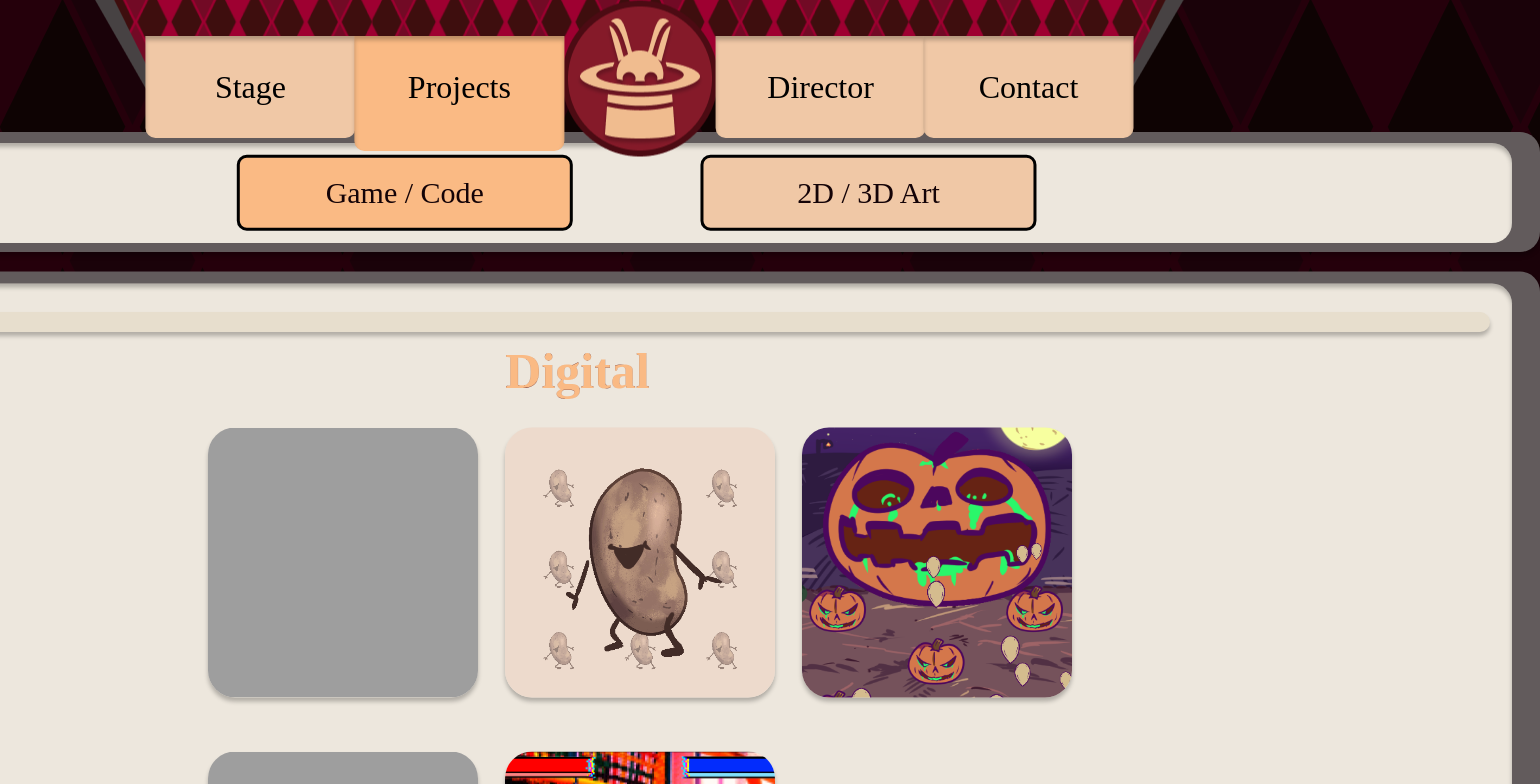
Repository: EMP-ChristinaC/Portfolio
Page: main-project-page/projects.html
These files come from the project's save history. The page is drawn as it stood at one moment and after the next save; the edit follows.
The browser window is 1280 px wide. The page is 1540 px wide, so the pictures cover 1540 px, including what lies to the right of the window. The pictures show the part of the page from y = 0 to 784 px (the page is 2161 px tall).
Pictures or frames that could not be fetched are drawn as grey boxes. Some web fonts or font styles are not loaded; a fallback is used.

Above is the page before, as saved 2024-12-18 16:55:40.

### main-project-page/projects.html
<!DOCTYPE html>
<html lang="en">

<head>
    <meta charset="UTF-8">
    <meta name="viewport" content="width=device-width, initial-scale=1.0">
    <title>CC- Project Gallery Main</title>
    <!--- ////////////////// OUTSIDE STYLES //////////////////-->


    <!--- ///////////////// GOOGLE FONTS  ////////////////////-->
    <link rel="preconnect" href="https://fonts.googleapis.com">
    <link rel="preconnect" href="https://fonts.gstatic.com" crossorigin>
    <link
        href="https://fonts.googleapis.com/css2?family=Overlock:ital,wght@0,400;0,700;0,900;1,400;1,700;1,900&family=Vast+Shadow&display=swap"
        rel="stylesheet">

    <!--- /////////////// MY STYLES ////////////////-->

    <link rel="stylesheet" href="projects-style.css">
    <link rel="stylesheet" href="../nav.css">
    <!-- <link rel="stylesheet" href="projects-style1280x1024.css"> -->
    <link rel="stylesheet" href="media-style-mac-main.css">
    <link rel="stylesheet" href="media-style-phone-main.css">

    <!--- //////////////// FAVICON LINKS ///////////////////-->
    <link rel="shortcut icon" href="../image/logo.png" type="image/x-icon">
    <link rel="icon" href="../image/logo.png" type="image/x-icon">

</head>

<body class="project">

    <!--- /////////////////////// NAVIGATION /////////////////////-->
    <header class="navigation">
        <img class="nav-background" src="../image/nav-background.png"
            alt="A decor for the nav, it holds a logo with diamond patterns in the background.">


            <a href="../index.html" class="nav-home">Stage</a>
            <a href="../about-page/about.html" class="nav-about">Director</a>
            <a href="../contact-page/contact.html" class="nav-contact">Contact</a>
            <a href="projects.html" class="nav-projects current">Projects</a>
    </header>

    <!--- /////////////////////// BOX OUTLINE ///////////////////////-->

    <div class="box-outline-outside-projects-sub-nav">
        <div class="box-outline-inside-projects-sub-nav"></div>
    </div>

    <a href="projects.html" class="main current-sub">Game / Code</a>

    <a href="../sub-project-page/projects-two.html" class="sub">2D / 3D Art</a>


    <div class="box-outline-outside-projects">
        <div class="box-outline-inside-projects"></div>
    <!-- <div class="dia-left-projects">
        <img src="../image/Dia-bottom-left.png"
            alt="A diamond pattern decor that is placed onto the bottom left of the box outline">
    </div>

    <div class="dia-right-projects">
        <img src="../image/Dia-top-right.png"
            alt="A diamond pattern decor that is placed onto the top right of the box outline">
    </div> -->
    </div>

    <div class="box-outline-heading-wel-project">
        <div class="heading-intro-project">
            <h1>Digital</h1>
        </div>
    </div>

    <!--- ////////////////////////-->

    <div class="box-outline-outside-projects-two">
        <div class="box-outline-inside-projects-two"></div>
    <!-- <div class="dia-left-projects-two">
        <img src="../image/Dia-bottom-left.png"
            alt="A diamond pattern decor that is placed onto the bottom left of the box outline">
    </div>

    <div class="dia-right-projects-two">
        <img src="../image/Dia-top-right.png"
            alt="A diamond pattern decor that is placed onto the top right of the box outline">
    </div> -->
    </div>

    <div class="box-outline-heading-wel-project-two">
        <div class="heading-intro-project-two">
            <h1>Physical</h1>
        </div>
    </div>



    <!--- ////////////////////////-->

    <div class="box-outline-outside-foot">
        <div class="box-outline-inside-foot"></div>

            <footer class="section">
                <p>© 2024 by Christina Chan. Powered and secured by Github</p>

                <a class="github" href="https://github.com/EMP-ChristinaC"> <img src="../image/Github-icon.png"
                    alt="Github icon image."></a>

            <a class="twitter" href="https://x.com/EMP_Nifl"> <img src="../image/Twitter-Icon.png"
                    alt="Twitter icon image."></a>

                    <a class="discord" href="https://discordapp.com/users/456539039286165514"> <img src="../image/discord-icon.webp"
                            alt="Discord icon image."></a>

                    <a class="linkedin" href="https://www.linkedin.com/in/christina-chan-290a29323/"> <img src="../image/Linkedin-icon.webp"
                            alt="Linkedin icon image."></a>

                            <a class="instagram" href="https://www.instagram.com/emp_christinac/"> <img
                                src="../../image/InstagramIcon.png" alt="Instagram icon image."></a>
                </div>

            </footer>
    </div>


    <!--- /////////////////////// DECOR  ///////////////////////-->

    <!-- <div class="left-curtain">
        <img src="../image/curtains-left.png" alt="A curtain decor that is placed on the left side of the website.">
    </div>

    <div class="right-curtain">
        <img src="../image/curtain-right.png" alt="A curtain decor that is placed on the right side of the website.">
    </div> -->

    <!--- /////////////////////// TEXT ///////////////////////-->


    <!--- /////////////////////// FOOTER ///////////////////////-->


    <!--- /////////////////////// IMAGES DESKTOP ///////////////////////-->

    <div class="image-container">
        <a href="../projects/cardcraft/mc.html"> <img src="../image/CardCraft-Show Case-Overview.jpg" alt="An overview image of a project called CardCraft.">
        <div class="hover-overlay">
            <div class="hover-text-overlay">CardCraft</div>
        </div>
    </div>

    <div class="image-container-two">
        <a href="../projects/potato-shuffle/potato.html"> <img src="../image/Cover.png" alt="An overview image of a project called Potato Shuffle.">
        <div class="hover-overlay">
            <div class="hover-text-overlay">Potato Shuffle</div>
        </div>
    </div>

    <div class="image-container-three">
        <a href="../projects/mystic-rain/mystic.html"> <img src="../image/MysticRain Home Screen.png" alt="An overview image of a project called MysticRain.">
        <div class="hover-overlay">
            <div class="hover-text-overlay">MysticRain</div>
        </div>
    </div>


    <div class="image-container-four">
        <a href="../projects/smash-n-dash/smash.html"> <img src="../image/Smash-N-Dash-Main-Screen.png" alt="An overview image of a project called Smash N Dash.">
        <div class="hover-overlay">
            <div class="hover-text-overlay">Smash-n-Dash</div>
        </div>
    </div>

    <div class="image-container-five">
        <a href="../projects/"> <img src="../image/Inner-Demons-Gallery.png" alt="An overview image of a project called Sniffle: The Fox Box.">
        <div class="hover-overlay">
            <div class="hover-text-overlay">Inner Demons<br> [In Progress]</div>
        </div>
    </div>

    <div class="image-container-six">
        <a href="../projects/"> <img src="../image/OnlyTwo-Gallery.png" alt="An overview image of a project called Liyue Sunset.">
        <div class="hover-overlay">
            <div class="hover-text-overlay">Only Two<br> [In Progress]</div>
        </div>
    </div>

    <div class="image-container-seven">
        <a href=""> <img src="../image/Please-Wait.png" alt="An overview image of a project called Please Wait.">
        <div class="hover-overlay">
            <div class="hover-text-overlay">Please Wait! <br> [In Progress]</div>
        </div>
    </div>


</body>

</html>

### main-project-page/projects-style.css

/*///////////////////////////////// Box Outline ////////////////////////////*/
.box-outline-outside-projects,
.box-outline-outside-projects-two {
    width: 1800px;
    height: 804px;
    background: rgba(98, 91, 92);
    box-shadow: 0px 4px 4px rgba(0, 0, 0, 0.25);
    border-radius: 20px;
}

.box-outline-outside-projects {
    position: absolute;
    top: 50%;
    left: 50%;
    transform: translate(-50%, -11%);
}

.box-outline-outside-projects-two {
    position: absolute;
    top: 50%;
    left: 50%;
    transform: translate(-50%, 95%);
}

.box-outline-outside-projects-sub-nav {
    width: 1800px;
    height: 120px;
    background: rgba(98, 91, 92);
    box-shadow: 0px 4px 4px rgba(0, 0, 0, 0.25);
    border-radius: 20px;
    position: absolute;
    top: 50%;
    left: 50%;
    transform: translate(-50%, -190%);
}


/*//////////////////////////////////////////////////////////////////////////////*/


.box-outline-inside-projects {
    width: 1745px;
    height: 780px;
    background: #EDE7DD;
    box-shadow: 0px 4px 4px rgba(0, 0, 0, 0.25) inset;
    border-radius: 20px;
    position: absolute;
    top: 1.5%;
    left: 1.5%;
    /* transform: translate(-50%, -26.3%); */
}

.box-outline-inside-projects-two {
    width: 1745px;
    height: 780px;
    background: #EDE7DD;
    box-shadow: 0px 4px 4px rgba(0, 0, 0, 0.25) inset;
    border-radius: 20px;
    position: absolute;
    top: 1.5%;
    left: 1.5%;
    /* transform: translate(-50%, -26.3%); */
}

.box-outline-inside-projects-sub-nav {
    width: 1745px;
    height: 100px;
    background: #EDE7DD;
    box-shadow: 0px 4px 4px rgba(0, 0, 0, 0.25) inset;
    border-radius: 20px;
    position: absolute;
    top: 9%;
    left: 1.5%;
    /* transform: translate(-50%, -26.3%); */
}

/*/////////////////////////////////////*/

.box-outline-heading-wel-project,
.box-outline-heading-wel-project-two {
    width: 1700px;
    height: 20px;
    background: #E7DECD;
    box-shadow: 0px 4px 4px rgba(0, 0, 0, 0.25);
    border-radius: 20px;
    z-index: 1;

}
/*/////////////////////////////////////*/

.box-outline-heading-wel-project {
    position: absolute;
    top: 45%;
    left: 50%;
    transform: translate(-50%, -60%);
}

.box-outline-heading-wel-project-two {
    position: absolute;
    top: 117%;
    left: 50%;
    transform: translate(-50%, 895%);
}


/*/////////////////////////////////////*/

.box-outline-outside-foot {
    width: 100%;
    height: 200px;
    background: rgba(98, 91, 92);
    box-shadow: 0px 4px 4px rgba(0, 0, 0, 0.25);
    border-radius: 20px 20px 0 0;
    position: absolute;
    top: 50%;
    left: 50%;
    transform: translate(-50%, 800%);
}

.box-outline-inside-foot {
    width: 99%;
    height: 185px;
    position: absolute;
    background: #EDE7DD;
    box-shadow: 0px 4px 4px rgba(0, 0, 0, 0.25) inset;
    border-radius: 20px 20px 0 0;
    position: absolute;
    /* transform: translate(-50%, 343%); */
    top: 8%;
    left: 0.5%;
}


/*///////////////////////////////// Decor ////////////////////////////*/

.dia-left-projects img,
.dia-left-projects-two img {
    position: absolute;
    top: 27%;
    left: 50%;
    transform: translate(-385%, 205%);
}


.dia-right-projects img,
.dia-right-projects-two img {
    position: absolute;
    top: 27%;
    right: 50%;
    transform: translate(385%, -107%);
}


/*/////////////////////////////////////*/

.left-curtain {
    position: fixed;
    top: 0%;
    left: 0%;
}

.right-curtain {
    position: fixed;
    top: 0%;
    right: 0%;
}

/*///////////////////////////////// Heading Text ////////////////////////////*/

.heading-intro-project,
.heading-intro-project-two {
    width: 827px;
    text-align: center;
    color: #FABA84;
    font-size: 25px;
    font-family: Vast Shadow;
    font-weight: 400;
    -webkit-text-stroke: 0.1px #4C0B13;
    z-index: 1;
}

/*/////////////////////////////////////*/

.heading-intro-project {
    position: absolute;
    top: -20%;
    left: 22%;
    /* transform: translate(-50%, -320%); */
}

.heading-intro-project-two {
    position: absolute;
    top: -20%;
    left: 2%;
    /* transform: translate(-50%, -320%); */
}

/*///////////////////////////////// Paragraph Text ////////////////////////////*/

footer.section {
    text-align: center;
    color: black;
    font-size: 14px;
    font-family: Overlock;
    font-weight: 400;

    width: 500px;
    position: absolute;
    top: 50%;
    left: 50%;
    transform: translate(-53%, 80%);

}

footer.section p {
    width: 100%;
    height: 100%;
    transform: translate(1%, 35%);
}


/*/////////////////////////////////////*/
.github {
    width: 45px;
    height: 45px;
    position: absolute;
    top: 50%;
    left: 50%;
    overflow: hidden;
    box-shadow: 0px 4px 4px rgba(0, 0, 0, 0.25);
    border-radius: 30px;
    transform: translate(-250%, -180%);
}

.github img {
    width: 100%;
    height: 100%;
    object-fit: cover;
    transition: all 0.3s ease-in-out;
    transform: translate(0%, 0%);
}

.twitter {
    width: 45px;
    height: 45px;
    position: absolute;
    top: 50%;
    left: 50%;
    overflow: hidden;
    box-shadow: 0px 4px 4px rgba(0, 0, 0, 0.25);
    border-radius: 30px;
    transform: translate(-100%, -180%);
}

.twitter img {
    width: 100%;
    height: 100%;
    object-fit: cover;
    transition: all 0.3s ease-in-out;
    transform: translate(-0%, -0%);
}


.discord {
    width: 45px;
    height: 45px;
    position: absolute;
    top: 50%;
    left: 50%;
    overflow: hidden;
    box-shadow: 0px 4px 4px rgba(0, 0, 0, 0.25);
    border-radius: 30px;
    transform: translate(50%, -180%);
}

.discord img {
    width: 100%;
    height: 100%;
    object-fit: cover;
    transition: all 0.3s ease-in-out;
    transform: translate(-0%, -0%);
}


.linkedin {
    width: 45px;
    height: 45px;
    position: absolute;
    top: 50%;
    left: 50%;
    overflow: hidden;
    box-shadow: 0px 4px 4px rgba(0, 0, 0, 0.25);
    border-radius: 30px;
    transform: translate(200%, -180%);
}

.linkedin img {
    width: 100%;
    height: 100%;
    object-fit: cover;
    transition: all 0.3s ease-in-out;
    transform: translate(-0%, -0%);
}
/*///////////////////////////////// Button ////////////////////////////*/

.main,
.sub {
    position: absolute;
    text-align: center;
    color: #140307;
    font-family: Vast Shadow;
    font-weight: 400;
    background: #F0C8A6;
    top: 50%;
    left: 50%;
    border: none;
    cursor: pointer;
    transition: all 0.3s ease-in-out;
    border: 3px black solid;
    border-radius: 10px;
    z-index: 1;
}

/*/////////////////////////////////////*/


.main {
    transform: translate(-120%, -270%);
    font-size: 30px;
    line-height: 70px;
    width: 330px;
    height: 70px;
}

.sub {
    transform: translate(18%, -270%);
    font-size: 30px;
    line-height: 70px;
    width: 330px;
    height: 70px;
}


/*///////////////////////////////// Animation ////////////////////////////*/

.image-container {
    transform: translate(-160%, 340%);
}

.image-container-two {
    transform: translate(-50%, 25%);
}

.image-container-three {
    transform: translate(-160%, 145%);
}


.image-container-four {
    transform: translate(60%, 25%);
}

.image-container-five {
    transform: translate(-50%, 145%);
}

.image-container-six {
    transform: translate(-50%, 340%);
}

.image-container-seven {
    transform: translate(-160%, 25%);
}

.image-container,
.image-container-two,
.image-container-three,
.image-container-four,
.image-container-five,
.image-container-six,
.image-container-seven {
    top: 50%;
    left: 50%;
    position: absolute;
    width: 270px;
    height: 270px;
    border-radius: 10%;
    overflow: hidden;
    box-shadow: 0px 4px 4px rgba(0, 0, 0, 0.25);
}

.image-container img {
    width: 150%;
    height: 150%;
    object-fit: cover;
    transform: translate(-20%, -15%);
    transition: all 0.3s ease-in-out;
}

.image-container-two img {
    width: 130%;
    height: 130%;
    object-fit: cover;
    transform: translate(-12%, -16%);
    transition: all 0.3s ease-in-out;
}

.image-container-three img {
    width: 150%;
    height: 100%;
    object-fit: cover;
    transform: translate(-30%, -0%);
    transition: all 0.3s ease-in-out;
}

.image-container-four img {
    width: 100%;
    height: 190%;
    transform: translate(0%, -17%);
    object-fit: cover;
    transition: all 0.3s ease-in-out;
}

.image-container-five img {
    width: 100%;
    height: 100%;
    object-fit: cover;
    transition: all 0.3s ease-in-out;
}

.image-container-six img {
    width: 140%;
    height: 140%;
    object-fit: cover;
    transition: all 0.3s ease-in-out;
    transform: translate(0%, -15%);
}

.image-container-seven img {
    width: 100%;
    height: 100%;
    object-fit: cover;
    transition: all 0.3s ease-in-out;
}

.hover-overlay {
    position: absolute;
    top: 0;
    left: 0;
    width: 100%;
    height: 100%;
    display: flex;
    justify-content: center;
    align-items: center;
    opacity: 0;
    transition: opacity 0.8s ease;
    background: rgba(0, 0, 0, 0.4);
    border-radius: 10%;
}

.hover-text-overlay {
    color: #f1f1f1;
    font-size: 25px;
    font-family: Overlock;
    font-weight: 400;
    padding: 20px;
    text-align: center;
}

.image-container:hover .hover-overlay,
.image-container-two:hover .hover-overlay,
.image-container-three:hover .hover-overlay,
.image-container-four:hover .hover-overlay,
.image-container-five:hover .hover-overlay,
.image-container-six:hover .hover-overlay,
.image-container-seven:hover .hover-overlay {
    opacity: 1;
}


/*///////////////////////////////// Phone ////////////////////////////*/

.phone-projects {
    display: none;
}

### main-project-page/media-style-mac-main.css
@media screen and (min-width: 2005px) and (min-height: 1353px) {


    /*///////////////////////////////// Nav Decor ////////////////////////////*/
    .nav-background {
        transform: translate(-50%, -57%);
        width: 1320px;
        height: auto;

    }


    .nav-home,
    .nav-about,
    .nav-contact,
    .nav-projects {
        width: 250px;
        height: 120px;
        font-size: 38px;
        font-weight: 400;
        line-height: 120px;
    }

    .current {
        height: 16%;
    }

    /*///////////////////////// Nav Home //////////////////////////*/
    .nav-home {
        transform: translate(-235.5%);
    }

    .nav-home:hover {
        height: 16%;
    }

    /*///////////////////////////// Nav About /////////////////////////*/
    .nav-about {
        transform: translate(-136%);
    }

    .nav-about:hover {
        height: 16%;
    }

    /*/////////////////////////////////// Nav Contact ///////////////////////*/
    .nav-contact {
        transform: translate(36%);
    }

    .nav-contact:hover {
        height: 16%;
    }

    /*///////////////////////////////// Nav Projects ////////////////////////////*/
    .nav-projects {
        transform: translate(135%);
    }

    .nav-projects:hover {
        height: 16%;
    }

    /*//////////////////////////*/


    /* .project::before {
        width: 2005px;
        height: 2400px;
    } */


    .left-curtain img {
        width: auto;
        height: 1480px;
    }


    .right-curtain img {
        width: auto;
        height: 1510px;
    }





}

Loaded but not shown: main-project-page/media-style-phone-main.css (322 lines, source omitted); nav.css (334 lines, source omitted)

After the next save:
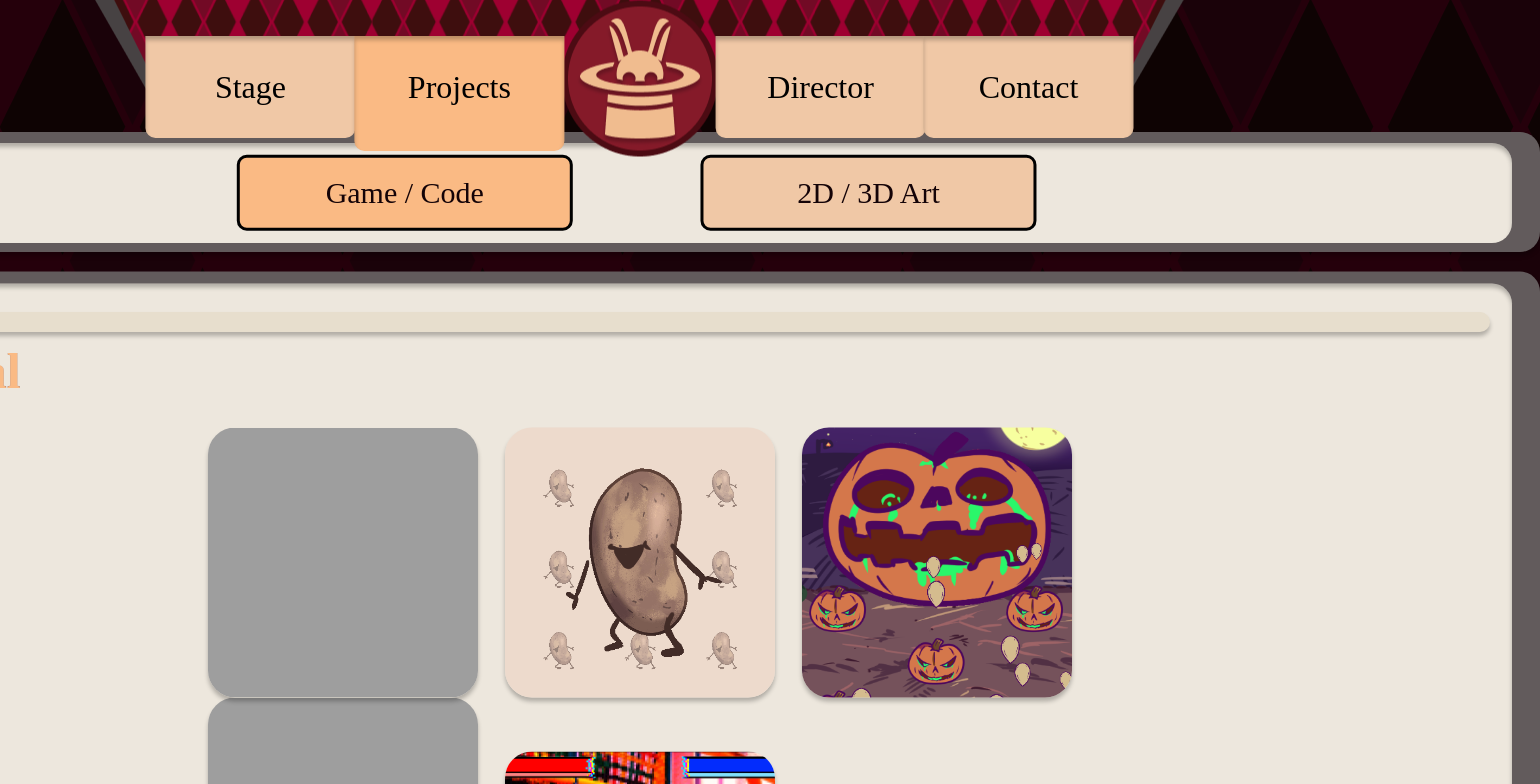
Saved 6 s later.
--- a/main-project-page/projects-style.css
+++ b/main-project-page/projects-style.css
@@ -185,14 +185,14 @@
 .heading-intro-project {
     position: absolute;
     top: -20%;
-    left: 22%;
+    left: -15%;
     /* transform: translate(-50%, -320%); */
 }
 
 .heading-intro-project-two {
     position: absolute;
     top: -20%;
-    left: 2%;
+    left: -14%;
     /* transform: translate(-50%, -320%); */
 }
 
@@ -353,7 +353,7 @@ footer.section p {
 }
 
 .image-container-three {
-    transform: translate(-160%, 145%);
+    transform: translate(-160%, 125%);
 }
 
 
